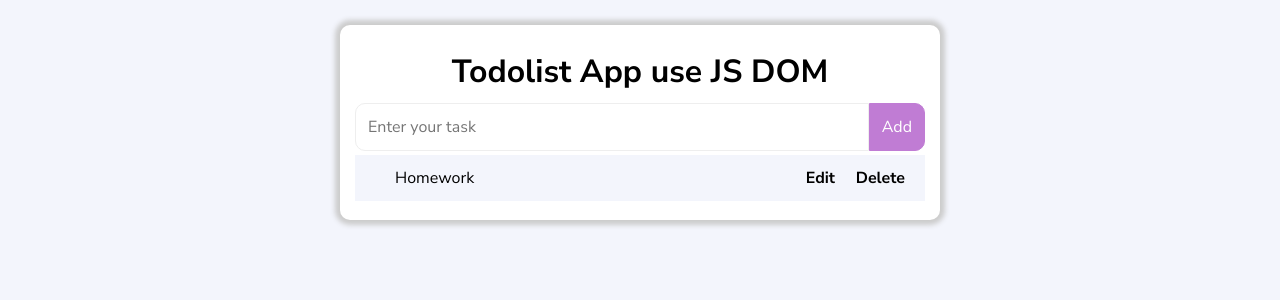
Repository: anhquan74-dev/todolist_app
Page: index.html
An editor plug-in stored every save of this project. The page is shown before and after a run of saves, followed by the edit.
The browser window is 1280 px wide. The pictures show the whole page.
Some web libraries are served in a nearby version.

Above is the page before, as saved 2022-07-21 16:30:18.

After the next 4 saves:
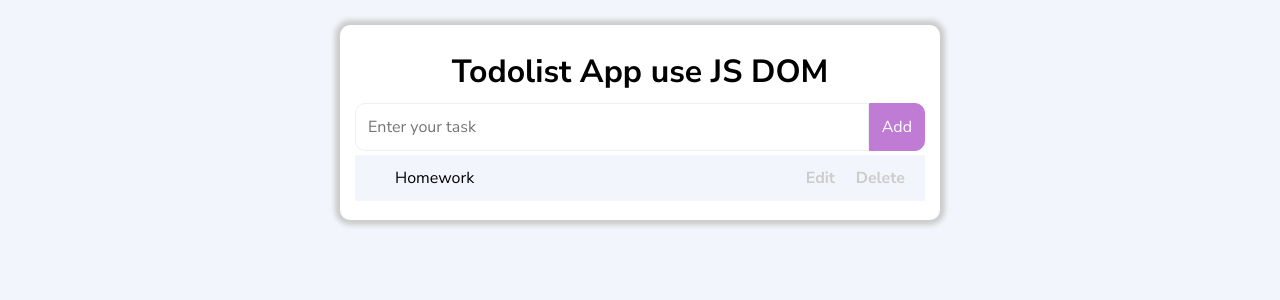
The 4 saves are shown as one change because they came seconds apart.
The last was saved 13 s later.
--- a/style.css
+++ b/style.css
@@ -75,6 +75,7 @@ h1 {
 
 .edit-btn,.delete-btn{
     font-weight: 700;
+    color: #ccc;
 }
 
 .edit-btn {
